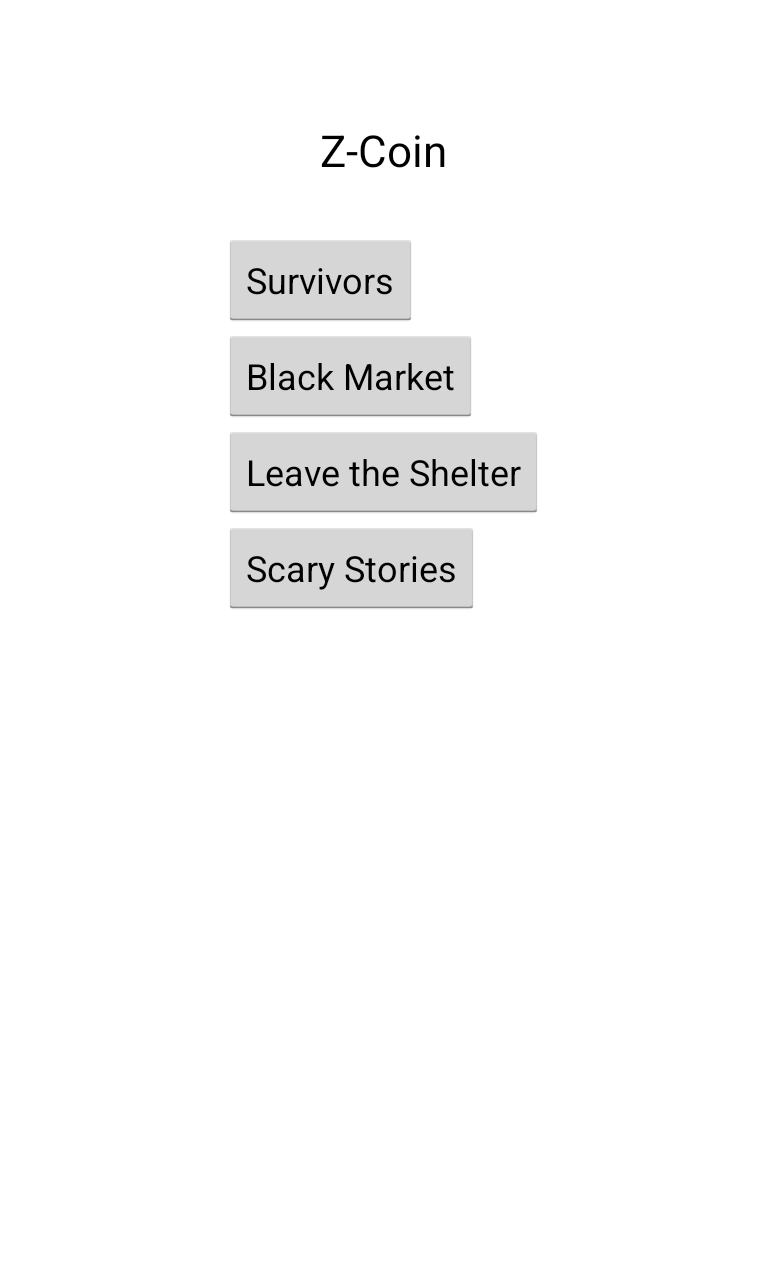
Repository: hekaiyue/Zombie-Coin
Layout: Android Workspace/ZCoins/res/layout/activity_main.xml
These files come from the project's save history. The layout is drawn as it stood at one moment and after the next save; the edit follows.
It is drawn on a 768 x 1280 px phone screen (xhdpi) without system bars, with theme AppTheme; the app's code is not run.

Above is the layout before, as saved 2014-02-01 13:09:11.

After the next save:
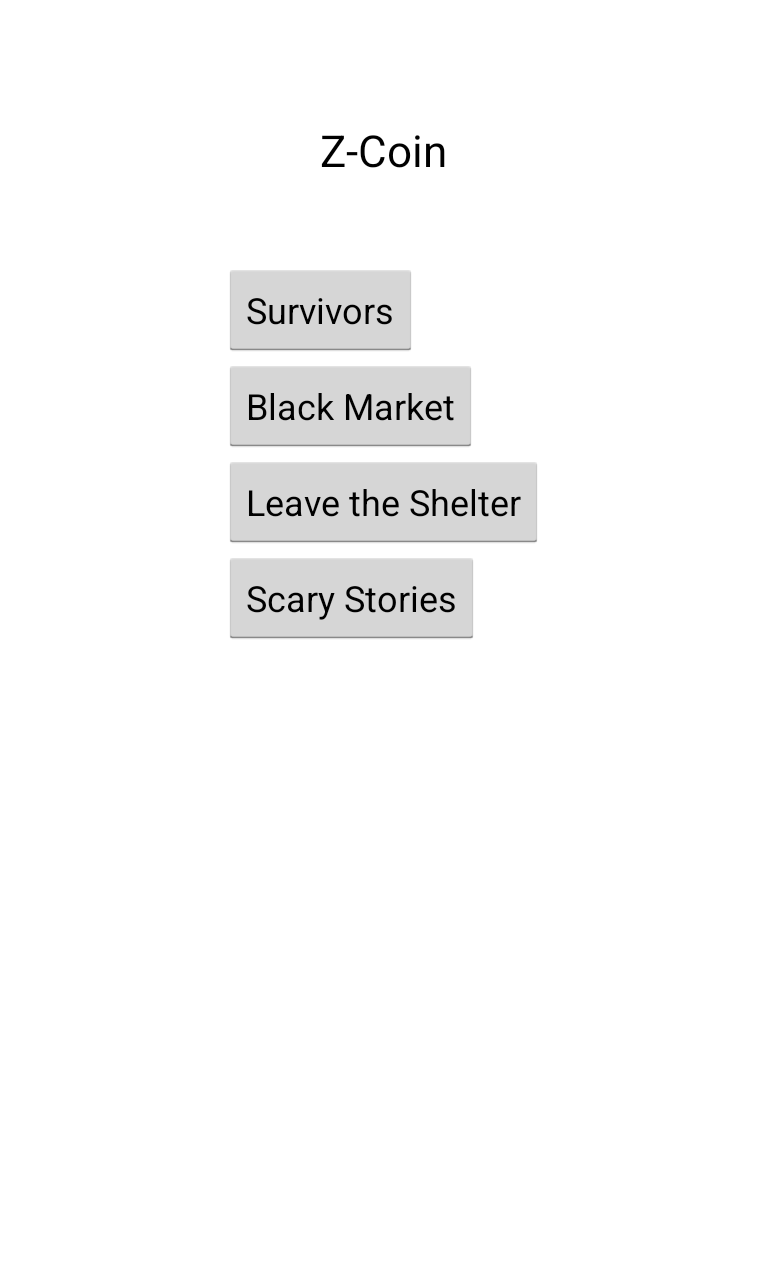
Saved 7 s later.
--- a/Android Workspace/ZCoins/res/layout/activity_main.xml
+++ b/Android Workspace/ZCoins/res/layout/activity_main.xml
@@ -23,7 +23,7 @@
         android:layout_height="wrap_content"
         android:layout_centerHorizontal="true"
         android:layout_marginBottom="17dp"
-        android:layout_marginTop="100dp"
+        android:layout_marginTop="115dp"
         android:orientation="vertical" >
 
         <Button
